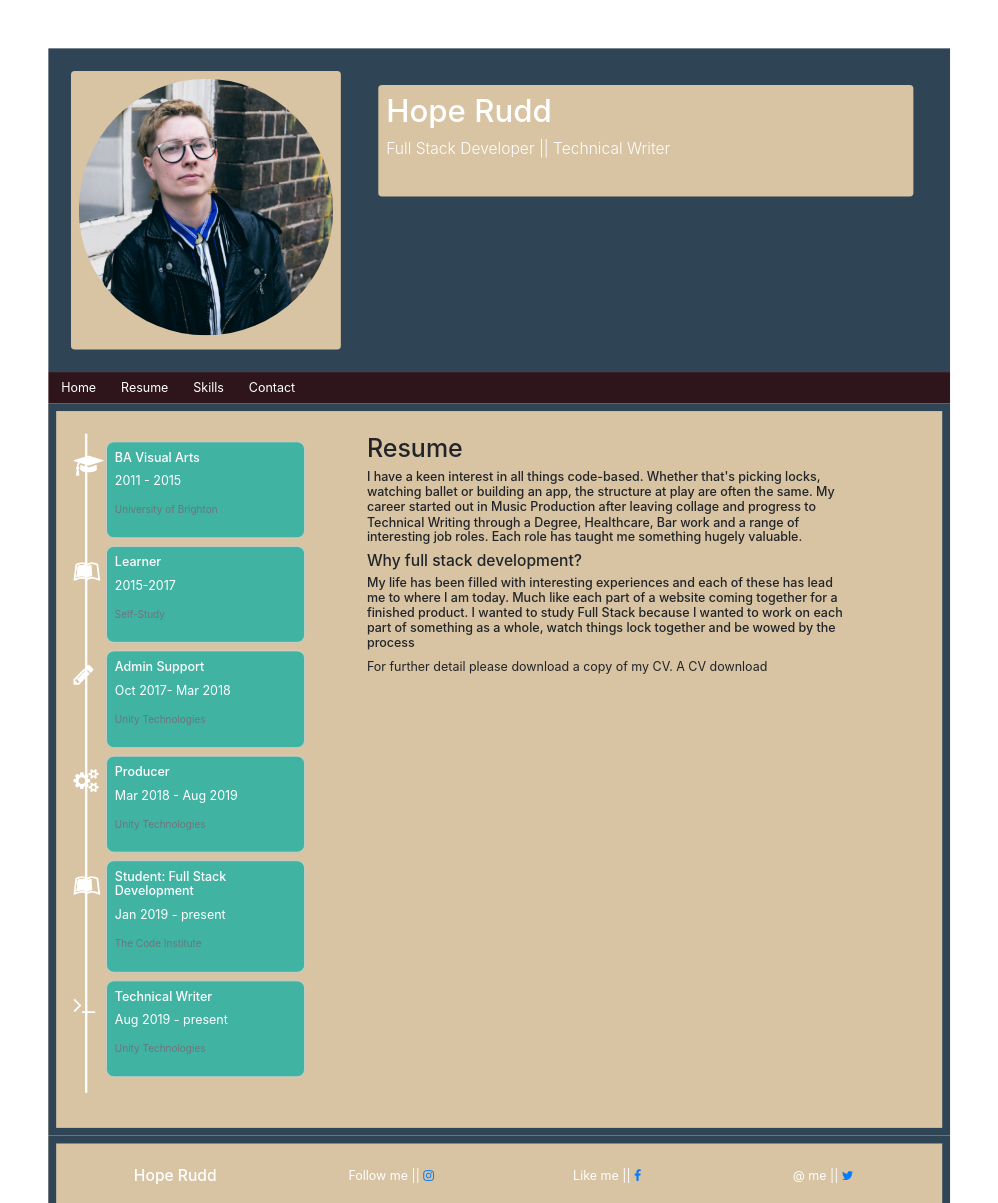
Repository: BleakTerrain/MilestoneProject-
Page: resume.html
The author's editor kept a record of every edit. The page is drawn from the files as they stood at one moment, then again after the next edit.
The browser window is 1280 px wide. The pictures show the whole page, at 78% of full size.
Some web libraries are served in a nearby version.

Above is the page before.

After the next edit:
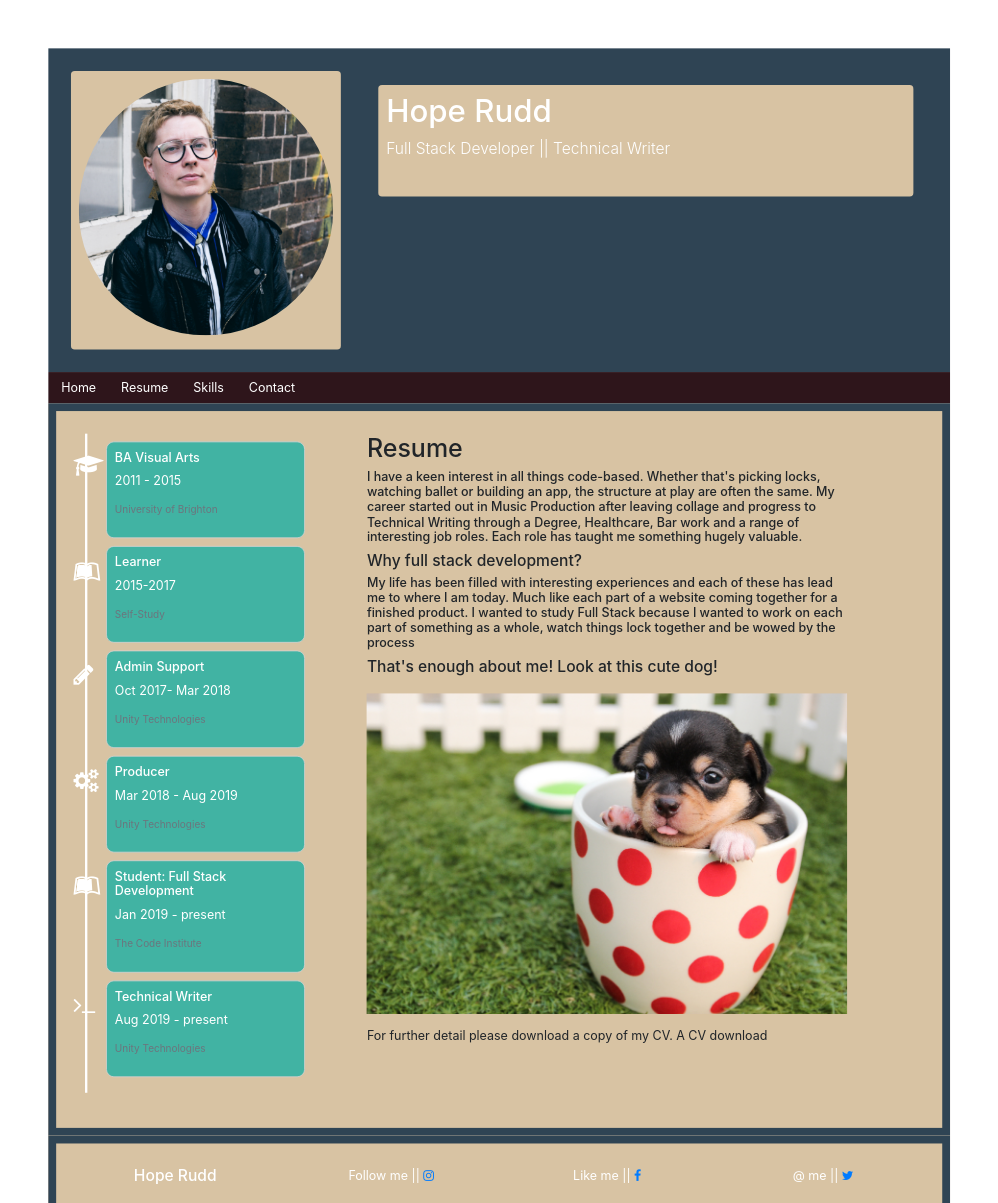
The edit:
--- a/resume.html
+++ b/resume.html
@@ -150,6 +150,8 @@
         <h6>I have a keen interest in all things code-based. Whether that's picking locks, watching ballet or building an app, the structure at play are often the same. My career started out in Music Production after leaving collage and progress to Technical Writing through a Degree, Healthcare, Bar work and a range of interesting job roles. Each role has taught me something hugely valuable. </h6>
 <h5>Why full stack development?</h5>
 <h6>My life has been filled with interesting experiences and each of these has lead me to where I am today. Much like each part of a website coming together for a finished product. I wanted to study Full Stack because I wanted to work on each part of something as a whole, watch things lock together and be wowed by the process</h6>
+<h5> That's enough about me! Look at this cute dog!</h5>
+<img class ="resume-image" src="Doggo.jpg" alt ="image not found...oh no!">
 <p> For further detail please download a copy of my CV. A CV download</p>
 </div>
 </div>
